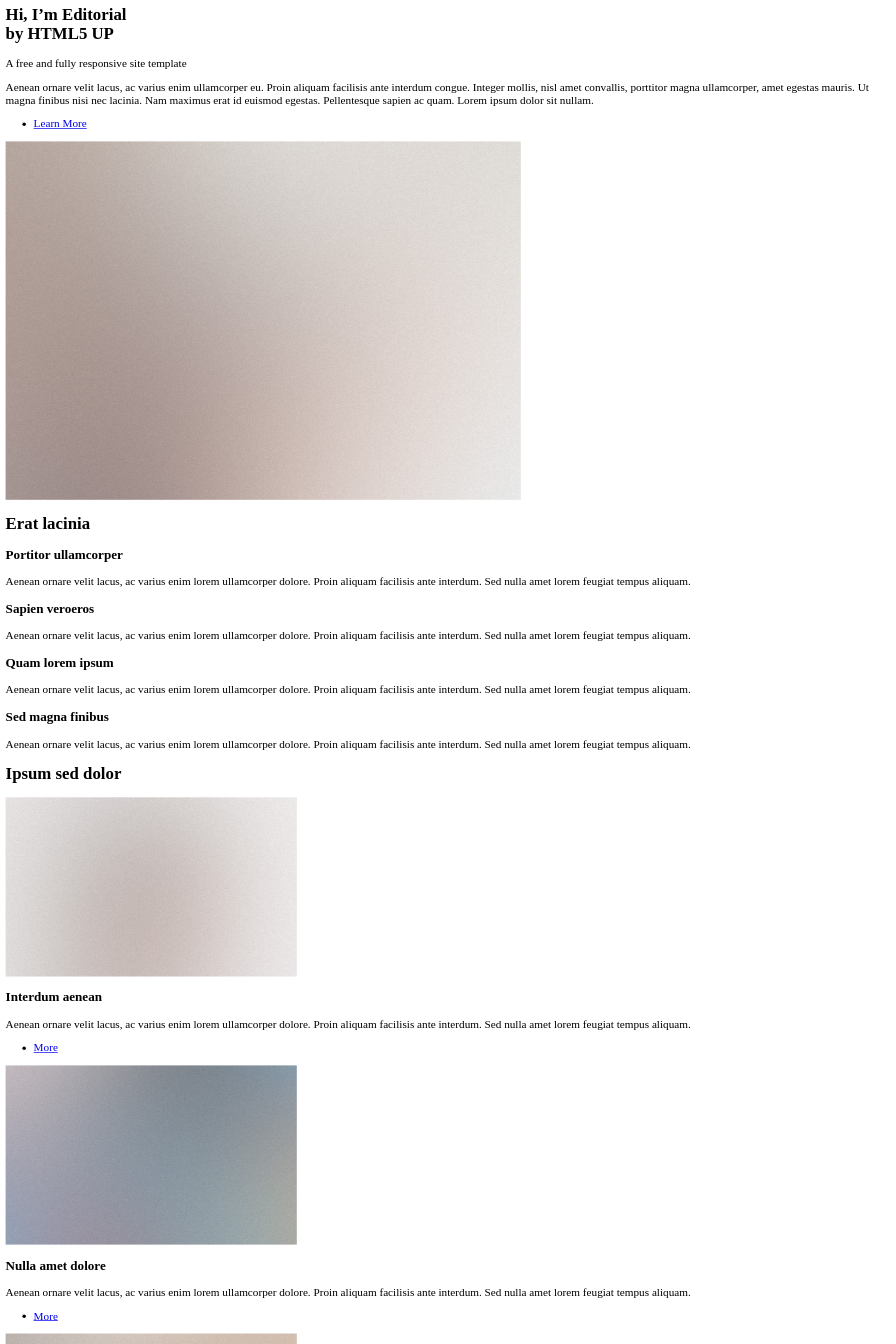
Repository: noCountJun/blog
Page: http://localhost/blogProject2/WEB-INF/views/main/home.jsp
An editor plug-in stored every save of this project. The page is shown before and after the next save, followed by the edit.
The browser window is 1280 px wide. The pictures show the part of the page from y = 0 to 1920 px (the page is 3439 px tall before and 3412 px after), at 70% of full size.
The page is served by Tomcat 9. Nobody is signed in. Other server files are loaded and not shown. The template is opened directly, without the code that normally fills it, so the values that code supplies are empty.

Above is the page before, as saved 2019-08-28 08:26:24.

### blogProject2/src/main/webapp/WEB-INF/views/main/home.jsp
<%@ page contentType="text/html; charset=utf-8" pageEncoding="utf-8"%>
<%@ taglib uri="http://java.sun.com/jsp/jstl/core" prefix="c" %>
<%@ page session="false" %>


				<!-- Banner -->
					<section id="banner">
						<div class="content">
							<header>
								<h1>Hi, I’m Editorial<br />
								by HTML5 UP</h1>
								<p>A free and fully responsive site template</p>
							</header>
							<p>Aenean ornare velit lacus, ac varius enim ullamcorper eu. Proin aliquam facilisis ante interdum congue. Integer mollis, nisl amet convallis, porttitor magna ullamcorper, amet egestas mauris. Ut magna finibus nisi nec lacinia. Nam maximus erat id euismod egestas. Pellentesque sapien ac quam. Lorem ipsum dolor sit nullam.</p>
							<ul class="actions">
								<li><a href="#" class="button big">Learn More</a></li>
							</ul>
						</div>
						<span class="image object">
							<img src="images/pic10.jpg" alt="" />
						</span>
					</section>

				<!-- Section -->
					<section>
						<header class="major">
							<h2>Erat lacinia</h2>
						</header>
						<div class="features">
							<article>
								<span class="icon fa-gem"></span>
								<div class="content">
									<h3>Portitor ullamcorper</h3>
									<p>Aenean ornare velit lacus, ac varius enim lorem ullamcorper dolore. Proin aliquam facilisis ante interdum. Sed nulla amet lorem feugiat tempus aliquam.</p>
								</div>
							</article>
							<article>
								<span class="icon solid fa-paper-plane"></span>
								<div class="content">
									<h3>Sapien veroeros</h3>
									<p>Aenean ornare velit lacus, ac varius enim lorem ullamcorper dolore. Proin aliquam facilisis ante interdum. Sed nulla amet lorem feugiat tempus aliquam.</p>
								</div>
							</article>
							<article>
								<span class="icon solid fa-rocket"></span>
								<div class="content">
									<h3>Quam lorem ipsum</h3>
									<p>Aenean ornare velit lacus, ac varius enim lorem ullamcorper dolore. Proin aliquam facilisis ante interdum. Sed nulla amet lorem feugiat tempus aliquam.</p>
								</div>
							</article>
							<article>
								<span class="icon solid fa-signal"></span>
								<div class="content">
									<h3>Sed magna finibus</h3>
									<p>Aenean ornare velit lacus, ac varius enim lorem ullamcorper dolore. Proin aliquam facilisis ante interdum. Sed nulla amet lorem feugiat tempus aliquam.</p>
								</div>
							</article>
						</div>
					</section>

				<!-- Section -->
					<section>
						<header class="major">
							<h2>Ipsum sed dolor</h2>
						</header>
						<div class="posts">
							<article>
								<a href="#" class="image"><img src="images/pic01.jpg" alt="" /></a>
								<h3>Interdum aenean</h3>
								<p>Aenean ornare velit lacus, ac varius enim lorem ullamcorper dolore. Proin aliquam facilisis ante interdum. Sed nulla amet lorem feugiat tempus aliquam.</p>
								<ul class="actions">
									<li><a href="#" class="button">More</a></li>
								</ul>
							</article>
							<article>
								<a href="#" class="image"><img src="images/pic02.jpg" alt="" /></a>
								<h3>Nulla amet dolore</h3>
								<p>Aenean ornare velit lacus, ac varius enim lorem ullamcorper dolore. Proin aliquam facilisis ante interdum. Sed nulla amet lorem feugiat tempus aliquam.</p>
								<ul class="actions">
									<li><a href="#" class="button">More</a></li>
								</ul>
							</article>
							<article>
								<a href="#" class="image"><img src="images/pic03.jpg" alt="" /></a>
								<h3>Tempus ullamcorper</h3>
								<p>Aenean ornare velit lacus, ac varius enim lorem ullamcorper dolore. Proin aliquam facilisis ante interdum. Sed nulla amet lorem feugiat tempus aliquam.</p>
								<ul class="actions">
									<li><a href="#" class="button">More</a></li>
								</ul>
							</article>
							<article>
								<a href="#" class="image"><img src="images/pic04.jpg" alt="" /></a>
								<h3>Sed etiam facilis</h3>
								<p>Aenean ornare velit lacus, ac varius enim lorem ullamcorper dolore. Proin aliquam facilisis ante interdum. Sed nulla amet lorem feugiat tempus aliquam.</p>
								<ul class="actions">
									<li><a href="#" class="button">More</a></li>
								</ul>
							</article>
							<article>
								<a href="#" class="image"><img src="images/pic05.jpg" alt="" /></a>
								<h3>Feugiat lorem aenean</h3>
								<p>Aenean ornare velit lacus, ac varius enim lorem ullamcorper dolore. Proin aliquam facilisis ante interdum. Sed nulla amet lorem feugiat tempus aliquam.</p>
								<ul class="actions">
									<li><a href="#" class="button">More</a></li>
								</ul>
							</article>
							<article>
								<a href="#" class="image"><img src="images/pic06.jpg" alt="" /></a>
								<h3>Amet varius aliquam</h3>
								<p>Aenean ornare velit lacus, ac varius enim lorem ullamcorper dolore. Proin aliquam facilisis ante interdum. Sed nulla amet lorem feugiat tempus aliquam.</p>
								<ul class="actions">
									<li><a href="#" class="button">More</a></li>
								</ul>
							</article>
						</div>
					</section>

After the next save:
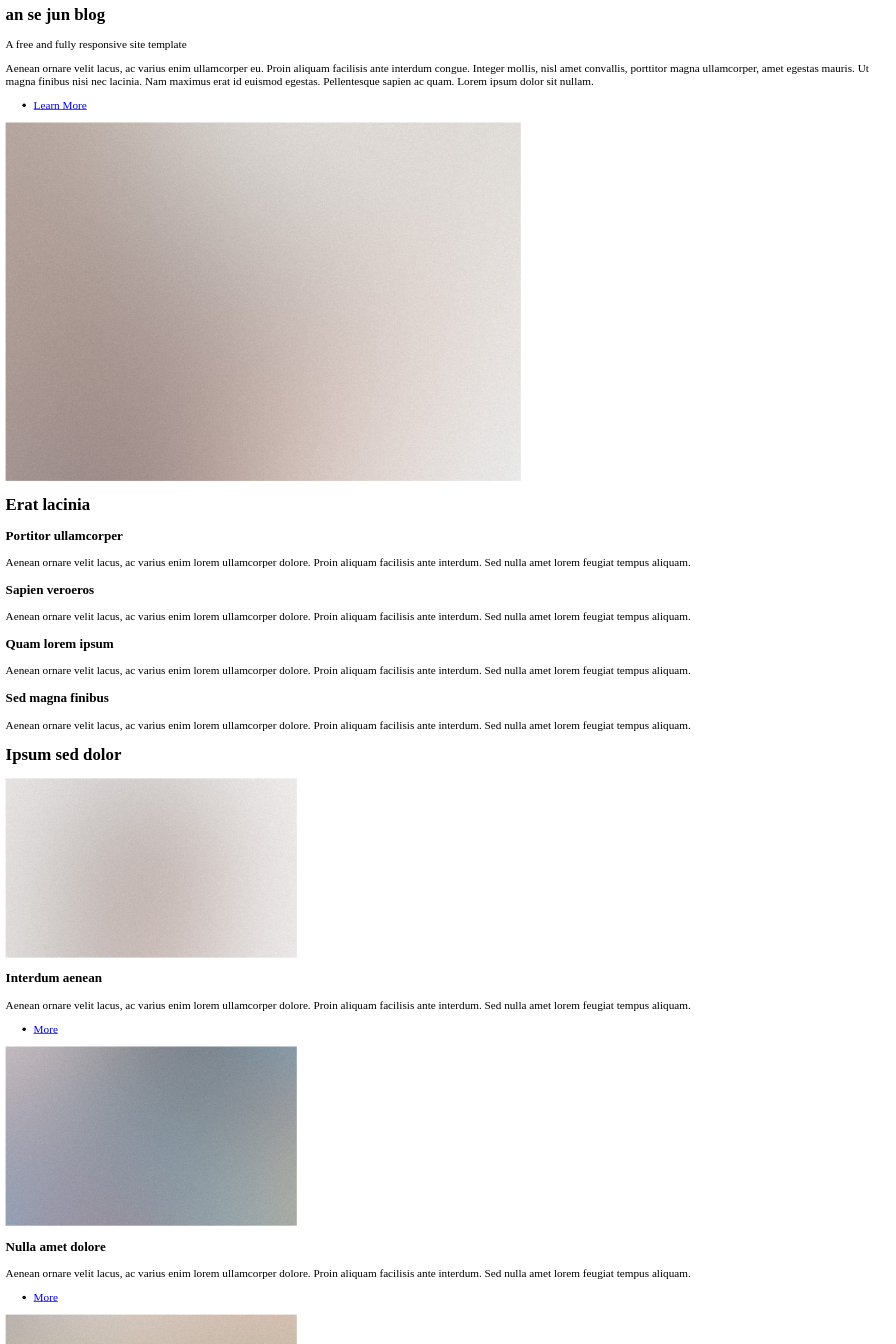
Saved 5 days later.
--- a/blogProject2/src/main/webapp/WEB-INF/views/main/home.jsp
+++ b/blogProject2/src/main/webapp/WEB-INF/views/main/home.jsp
@@ -7,8 +7,7 @@
 					<section id="banner">
 						<div class="content">
 							<header>
-								<h1>Hi, I’m Editorial<br />
-								by HTML5 UP</h1>
+								<h1>an se jun blog<br /> </h1>
 								<p>A free and fully responsive site template</p>
 							</header>
 							<p>Aenean ornare velit lacus, ac varius enim ullamcorper eu. Proin aliquam facilisis ante interdum congue. Integer mollis, nisl amet convallis, porttitor magna ullamcorper, amet egestas mauris. Ut magna finibus nisi nec lacinia. Nam maximus erat id euismod egestas. Pellentesque sapien ac quam. Lorem ipsum dolor sit nullam.</p>
